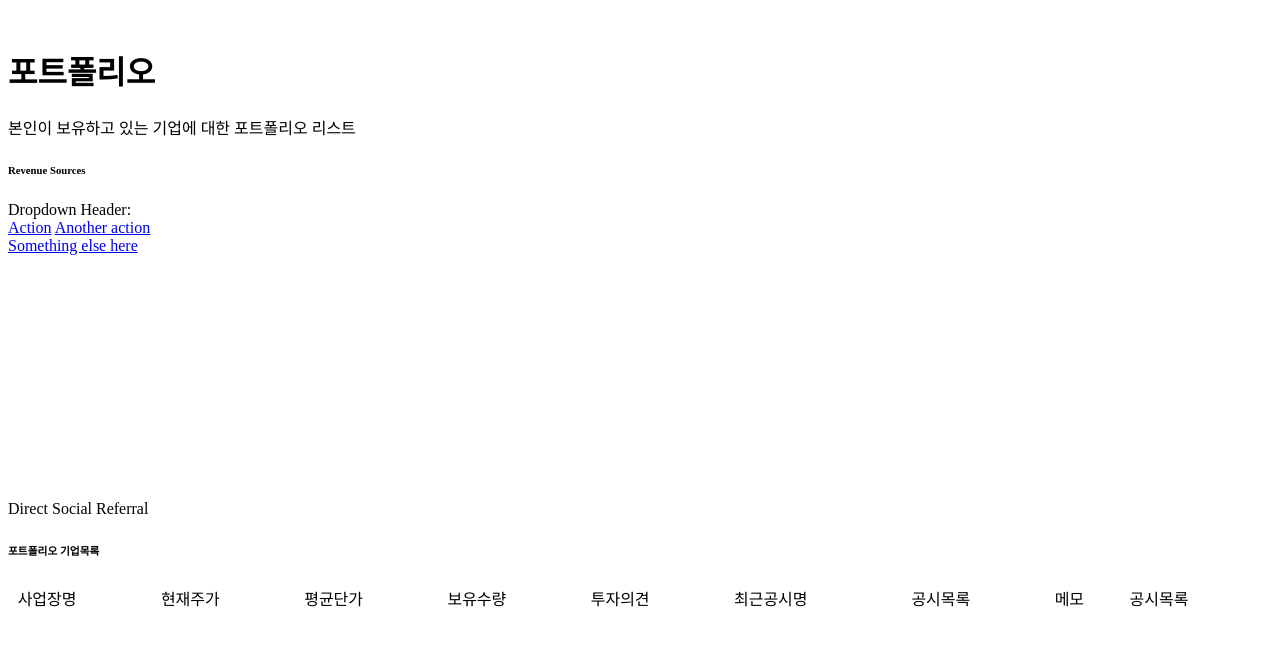
Repository: bangProgram/PJT_Finance
Page: http://localhost/Finance/WEB-INF/views/portfolio/portfolioList.jsp
The author's editor kept a copy of each file at every save. The page is drawn from the files as they stood at one save, then again after the next save.
The browser window is 1280 px wide. The pictures show the whole page.
The page is served by Tomcat 9. Nobody is signed in. The template is opened directly, without the code that normally fills it, so the values that code supplies are empty.

Above is the page before, as saved 2022-11-07 06:53:50.
Console error: ReferenceError: resultList is not defined

After the next save:
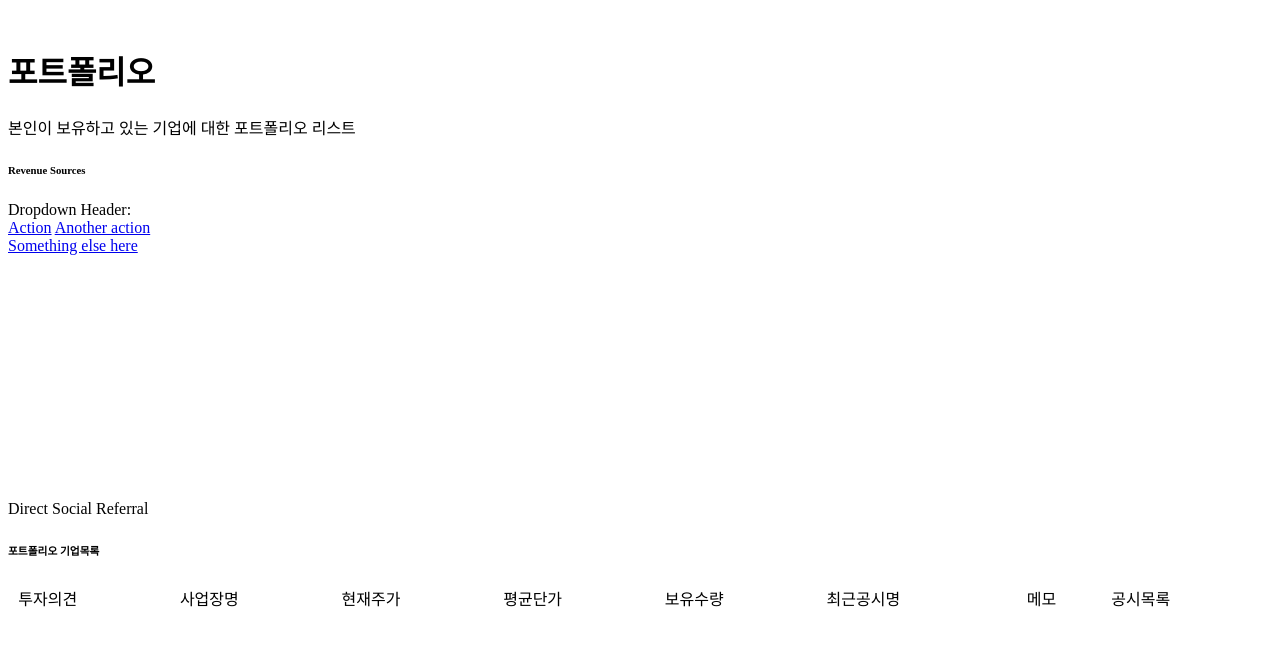
Saved 9 min 28 s later.
--- a/Finance/src/main/webapp/WEB-INF/views/portfolio/portfolioList.jsp
+++ b/Finance/src/main/webapp/WEB-INF/views/portfolio/portfolioList.jsp
@@ -237,14 +237,14 @@
                     <thead id="tableHead">
 			            <tr>
 			            	<td></td>
+							<td>투자의견</td>
 							<td>사업장명</td>
 							<td>현재주가</td>
 							<td>평균단가</td>
 							<td>보유수량</td>
-							<td>투자의견</td>
 							<td>최근공시명</td>
+							<td>메모</td>
 							<td>공시목록</td>
-							<td>메모<td>공시목록</td></td>
 						</tr>
 			        </thead>
 			        <tbody id="bodyList">
